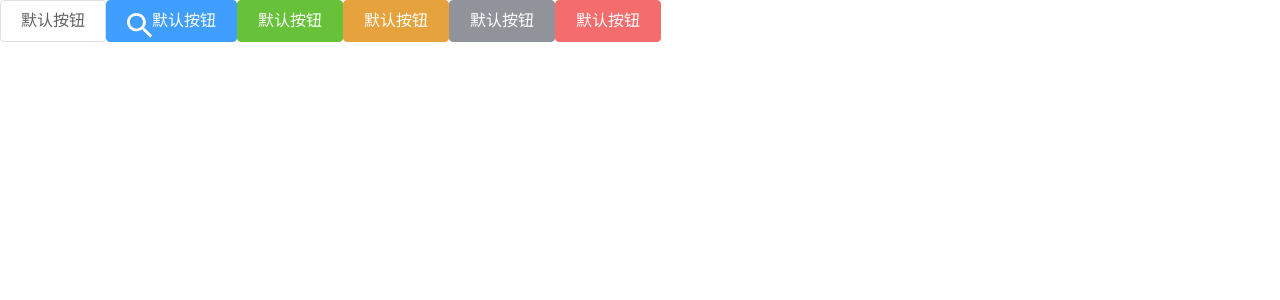
Repository: onlyadaydreamer/dreamer-ui
Page: /
These files come from the project's save history. The page is drawn as it stood at one moment and after the next save; the edit follows.
The browser window is 1280 px wide. The pictures show the whole page.
The project was rebuilt for these pictures with package versions that can differ from the ones it lists, and the page was loaded fresh each time. Also part of the build but not shown: src/styles/icon.js, src/packages/index.js.

Above is the page before, as saved 2020-05-13 15:23:34.

### src/main.js
import Vue from 'vue'
import App from './App.vue'

Vue.config.productionTip = false

import dreamerUI from './packages/index';
Vue.use(dreamerUI);

new Vue({
  render: h => h(App),
}).$mount('#app')

### src/App.vue
<template>
  <div id="app">
    <dreamer-button>默认按钮</dreamer-button>
    <dreamer-button type="primary" icon="search">默认按钮</dreamer-button>
    <dreamer-button type="success">默认按钮</dreamer-button>
    <dreamer-button type="warning">默认按钮</dreamer-button>
    <dreamer-button type="info">默认按钮</dreamer-button>
    <dreamer-button type="danger">默认按钮</dreamer-button>
  </div>
</template>

<script>

export default {

}
</script>

<style lang="scss">

</style>

### src/packages/button.vue
<template>
    <button class="dreamer-button" :class="btnClass">
        <dreamer-icon v-if="icon" :icon="icon" :class="icon"></dreamer-icon>
        <span v-if="this.$slots.default">
            <slot></slot>
        </span>
    </button>
</template>

<script>
export default {
    name: 'dreamer-button',
    props: {
        type: {
            type: String,
            default: '',
            validator(type) {
                if (type && !['primary', 'success', 'warning', 'info', 'danger'].includes(type)) {
                    console.error('type类型必须为' + ['primary', 'success', 'warning', 'info', 'danger'].join('、'));
                }
                return true;
            }
        },
        icon: {
            type: String
        }
    },
    computed: {
        btnClass() {
            let classes = [];
            if (this.type) {
                classes.push(`dreamer-button-${this.type}`);
            }
            return classes;
        }
    }
}
</script>

<style lang="scss">
@import "../styles/_var.scss";
$height: 42px;
$font-size: 16px;
$color: #606266;
$border-color: #dcdfe6;
$background: #ecf5ff;
$active-color: #3a8ee6;

.dreamer-button {
    border-radius: $border-radius;
    border: 1px solid $border-color;
    color: $color;
    background: #fff;
    height: 42px;
    cursor: pointer;
    font-size: $font-size;
    line-height: 1;
    padding: 12px 20px;
    display: inline-flex;
    justify-content: center;
    vertical-align: middle;
    &:hover {
        border-color: $border-color;
        background-color: $background;
    }
    &:focus,
    &:active {
        color: $active-color;
        border: 1px solid $active-color;
        outline: none;
        background-color: $background;
    }
    //   &-primary {}
    //   &-success {}
    //    ... 这么一遍一遍写太麻烦
    @each $type,
        $color
            in (
                primary: $primary,
                success: $success,
                info: $info,
                warning: $warning,
                danger: $danger
            )
    {
        &-#{$type} {
            background: #{$color};
            border: 1px solid #{$color};
            color: #fff;
            fill: #fff;
        }
    }
    @each $type,
        $color
            in (
                primary: $primary-hover,
                success: $success-hover,
                info: $info-hover,
                warning: $warning-hover,
                danger: $danger-hover
            )
    {
        &-#{$type}:hover {
            background: #{$color};
            border: 1px solid #{$color};
            color: #fff;
        }
    }
    @each $type,
        $color
            in (
                primary: $primary-active,
                success: $success-active,
                info: $info-active,
                warning: $warning-active,
                danger: $danger-active
            )
    {
        &-#{$type}:active,
        &-#{$type}:focus {
            background: #{$color};
            border: 1px solid #{$color};
            color: #fff;
        }
    }
    .icon {
        width: 16px;
        height: 16px;
    }
}
</style>

### src/packages/icon.vue
<template>
   <svg class="dreamer-icon" aria-hidden="true">
        <use :xlink:href="`#icon-${icon}`"></use>
    </svg>
</template>

<script>
import '../styles/icon';
export default {
    name: 'dreamer-icon',
    props: {
        icon: {
            type: String,
            required: true
        }
    }
}
</script>

<style lang="scss">
.dreamer-icon {
       width: 25px;
       height: 25px;
       vertical-align: middle;
    }
</style>

### src/styles/_var.scss
$border-radius: 4px;

$primary: #409EFF;
$success: #67C23A;
$warning: #E6A23C;
$danger: #F56C6C;
$info: #909399;

$primary-hover: #66B1FF;
$success-hover: #85CE61;
$warning-hover: #EBB563;
$danger-hover: #F78989;
$info-hover: #A6A9AD;

$primary-active: #3A8EE6;
$success-active: #5DAF34;
$warning-active: #CF9236;
$danger-active: #DD6161;
$info-active: #82848A;

* {
    padding: 0;
    margin: 0;
    box-sizing: border-box;
}

Loaded but not shown: public/index.html (common file)

After the next save:
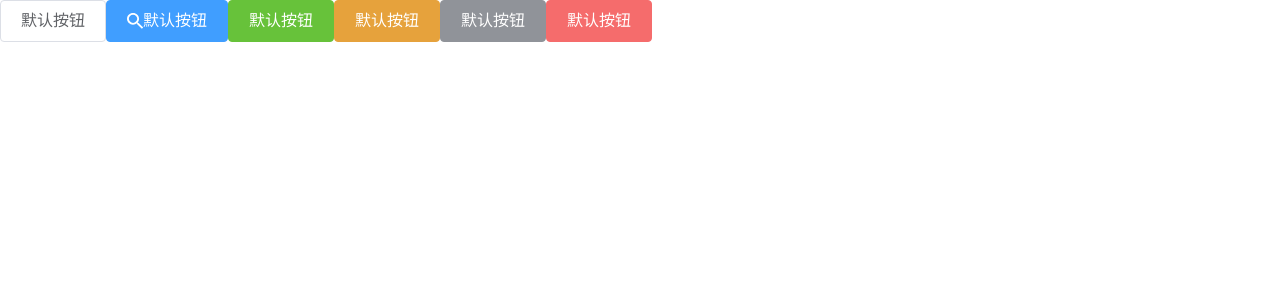
Saved 53 s later.
--- a/src/packages/button.vue
+++ b/src/packages/button.vue
@@ -1,6 +1,6 @@
 <template>
     <button class="dreamer-button" :class="btnClass">
-        <dreamer-icon v-if="icon" :icon="icon" :class="icon"></dreamer-icon>
+        <dreamer-icon v-if="icon" :icon="icon" class="icon"></dreamer-icon>
         <span v-if="this.$slots.default">
             <slot></slot>
         </span>
